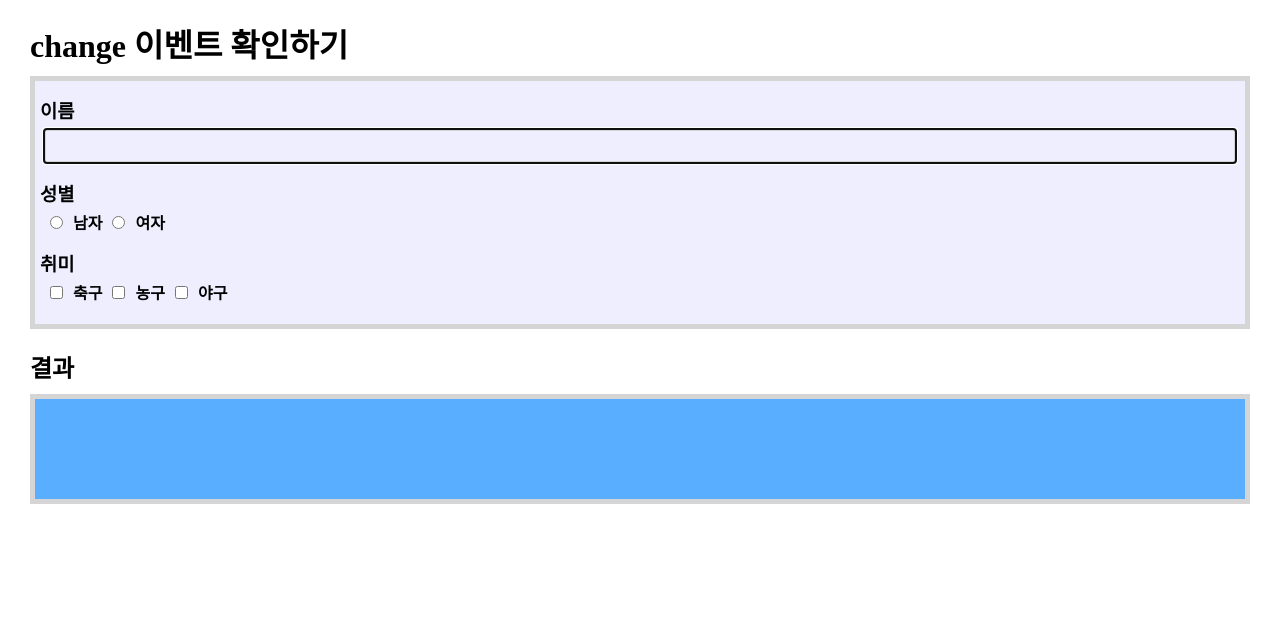
Repository: rwanda95do/bitcamp
Page: jQuery/src/main/webapp/02_jQueryEvent/exam09.html
These files come from the project's save history. The page is drawn as it stood at one moment and after the next save; the edit follows.
The browser window is 1280 px wide. The pictures show the whole page.

Above is the page before, as saved 2024-08-23 01:23:27.

### jQuery/src/main/webapp/02_jQueryEvent/exam09.html
<!DOCTYPE html>
<html>
<head>
<meta charset="UTF-8">
<title>Insert title here</title>
<link rel="stylesheet" href="../css/event.css">


</head>
<body>
	<h1>change 이벤트 확인하기</h1>
	<div id="input">
		<h3>이름</h3>
		<input type="text" name="user_namr" />

		<h3>성별</h3>
		<label><input type="radio" name="gender" value="man"/>남자</label>
		<label><input type="radio" name="gender" value="woman"/>여자</label>

		<h3>취미</h3>
		<label><input type="checkbox"  name="hobby" value="축구"/>축구</label>
		<label><input type="checkbox"  name="hobby" value="농구"/>농구</label>
		<label><input type="checkbox"  name="hobby" value="야구"/>야구</label>
	</div>

	<h2>결과</h2>
	<div id="result"></div>

<script type="text/javascript" src="http://code.jquery.com/jquery-3.7.1.min.js"></script>
<script type="text/javascript">

$(function () {	// <body>를 다 읽은 후에 실행
	let count = 0;

	$('#input > input[type="text"]').focus();

	$('#input > input[type="text"]').focus(function() {
		$('#result').html('포커스가 들어갔다')
	});

	$('#input > input[type="text"]').blur(function() {
		$('#result').html('포커스가 나갔다')
	});
});
</script>

</body>
</html>



<!--
.keypress는 대소문자 구별
-->

### jQuery/src/main/webapp/css/event.css
@charset "UTF-8";



* {
    padding: 0;
    margin: 10px;
}
#input, #result {
    border: 5px solid #D5D5D5;
    text-align: center;
    width: auto;
    font-weight: bold;
}
#input {
    background: #eef;
    padding: 5px;
}
#input:after {
    content: '';
    display: block;
    float: none;
    clear: both;
}
#input > input, #input > select, #input > div, #input > button, #input > div > button {
    width: 99%;
    text-align: center;
    display: block;
    font-size: 17px;
    color: #222;
    background: #eef;
    border: 3px solid #d3d3d3;
    margin: 5px auto;
    padding: 5px 0;
}
#input > h3 {
    text-align: left;
    margin: 0;
    padding: 10px 0 0 0;
}
#input > h3:before {
    content: '';
    display: block;
    float: none;
    clear: both;
}
#input > label {
    margin: 0;
    padding: 0;
    display: block;
    float: left;
    padding-bottom: 10px;
}
#input > label > input {
    width: auto !important;
    display: inline;
}
#input .myButton {
    box-shadow: inset 0px 1px 0px 0px #54a3f7; /* inset : 박스 안쪽의 그림자 */
    background: linear-gradient(to bottom, #007dc1 5%, #0061a7 100%);
    /* background-color: #007dc1; */
    border-radius: 3px;
    border: 1px solid #124d77;
    display: inline-block;
    color: #ffffff;
    font-family: arial;
    font-size: 15px;
    font-weight: normal;
    padding: 6px 24px;
    text-decoration: none;
    text-shadow: 0px 1px 0px #154682;
}
#input .myButton:hover {
    background: linear-gradient(to bottom, #0061a7 5%, #007dc1 100%);
    background-color: #0061a7;
}
#input .myButton:active {
    position: relative;
    top: 1px;
}

h2 {
    padding-top: 10px;
}
#result {
    padding: 50px;
    font-size: 17px;
    color: #500;
    background: #5AAEFF;
}

After the next save:
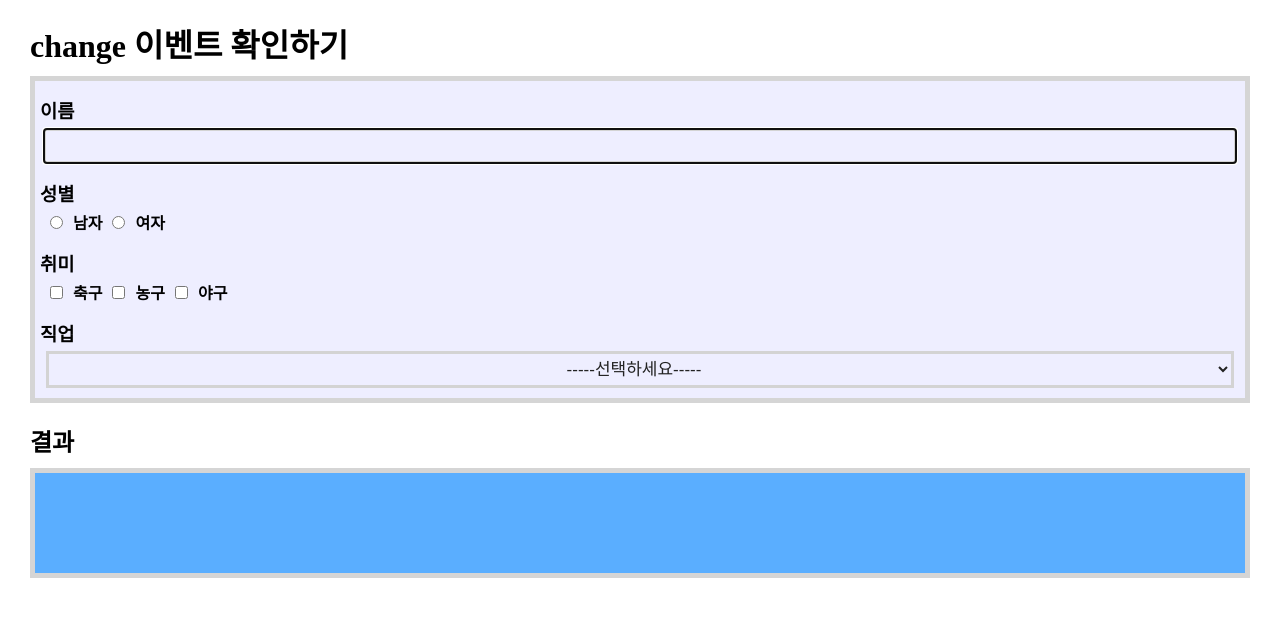
Saved 23 s later.
--- a/jQuery/src/main/webapp/02_jQueryEvent/exam09.html
+++ b/jQuery/src/main/webapp/02_jQueryEvent/exam09.html
@@ -21,6 +21,15 @@
 		<label><input type="checkbox"  name="hobby" value="축구"/>축구</label>
 		<label><input type="checkbox"  name="hobby" value="농구"/>농구</label>
 		<label><input type="checkbox"  name="hobby" value="야구"/>야구</label>
+
+		<h3>직업</h3>
+		<select name="job">
+			<option>-----선택하세요-----</option>
+			<option value="프로그래머">프로그래머</option>
+			<option value="퍼블리셔">퍼블리셔</option>
+			<option value="디자이너">디자이너</option>
+			<option value="기획">기획</option>
+		</select>
 	</div>
 
 	<h2>결과</h2>
